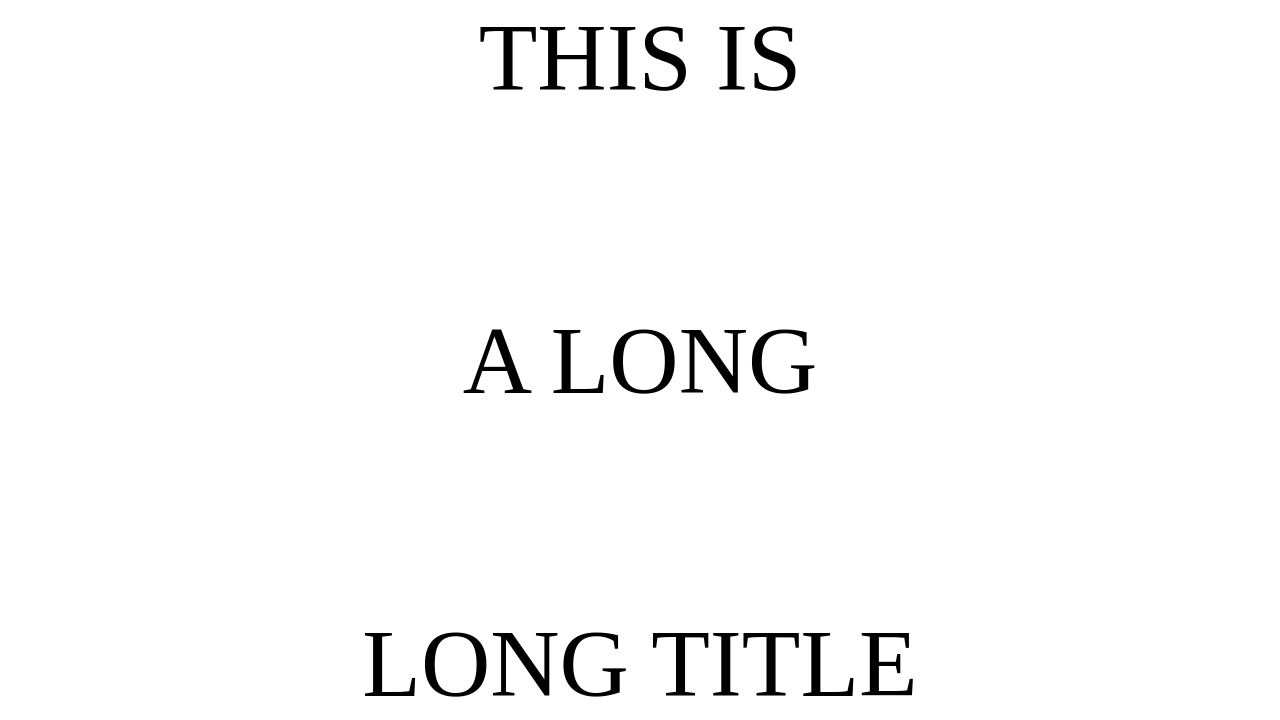
Repository: zuuo/--
Page: 文字入场动画1/index.html
An editor plug-in stored every save of this project. The page is shown before and after the next save, followed by the edit.
The browser window is 1280 px wide. The pictures show the whole page.
The style sheet was rebuilt from its Sass, Less or Tailwind sources for each picture, by a compiler version that may differ from the author's.

Above is the page before, as saved 2024-03-03 20:54:54.

After the next save:
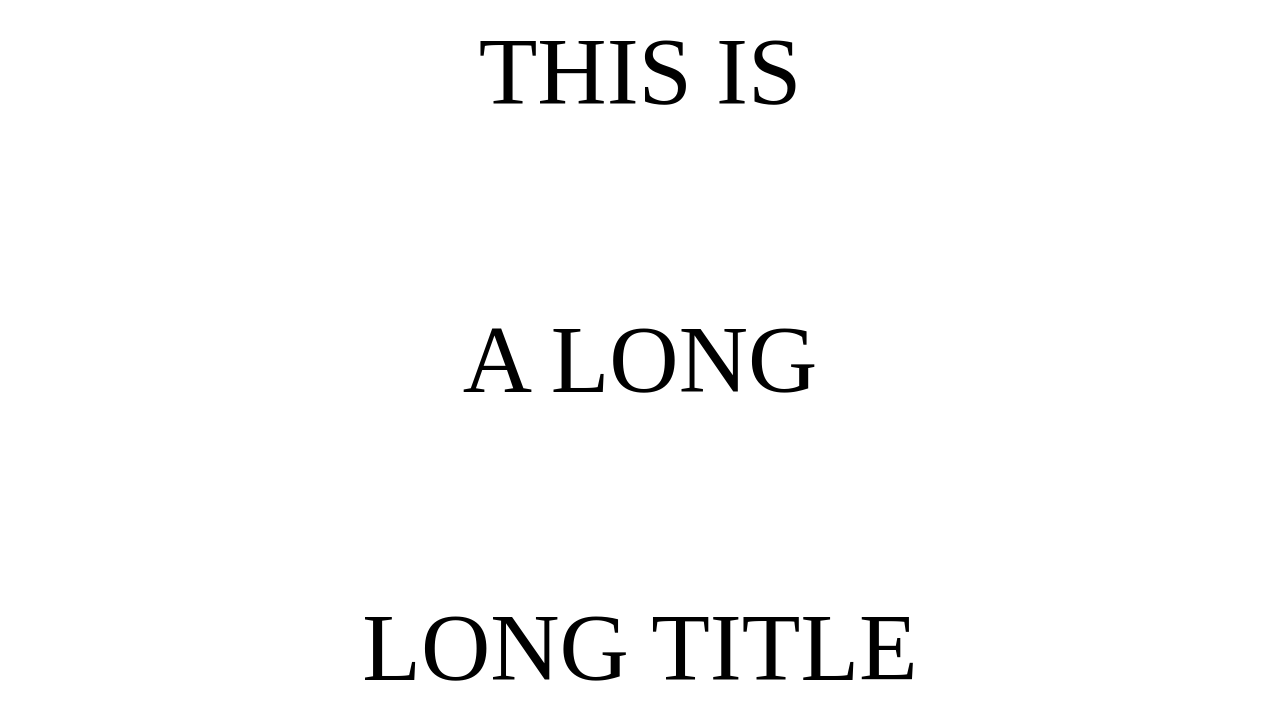
Saved 6 s later.
--- a/文字入场动画1/style.less
+++ b/文字入场动画1/style.less
@@ -11,4 +11,5 @@ body {
     align-items: center;
     flex-direction: column;
     font-size: 6em;
+    line-height: 1;
 }
